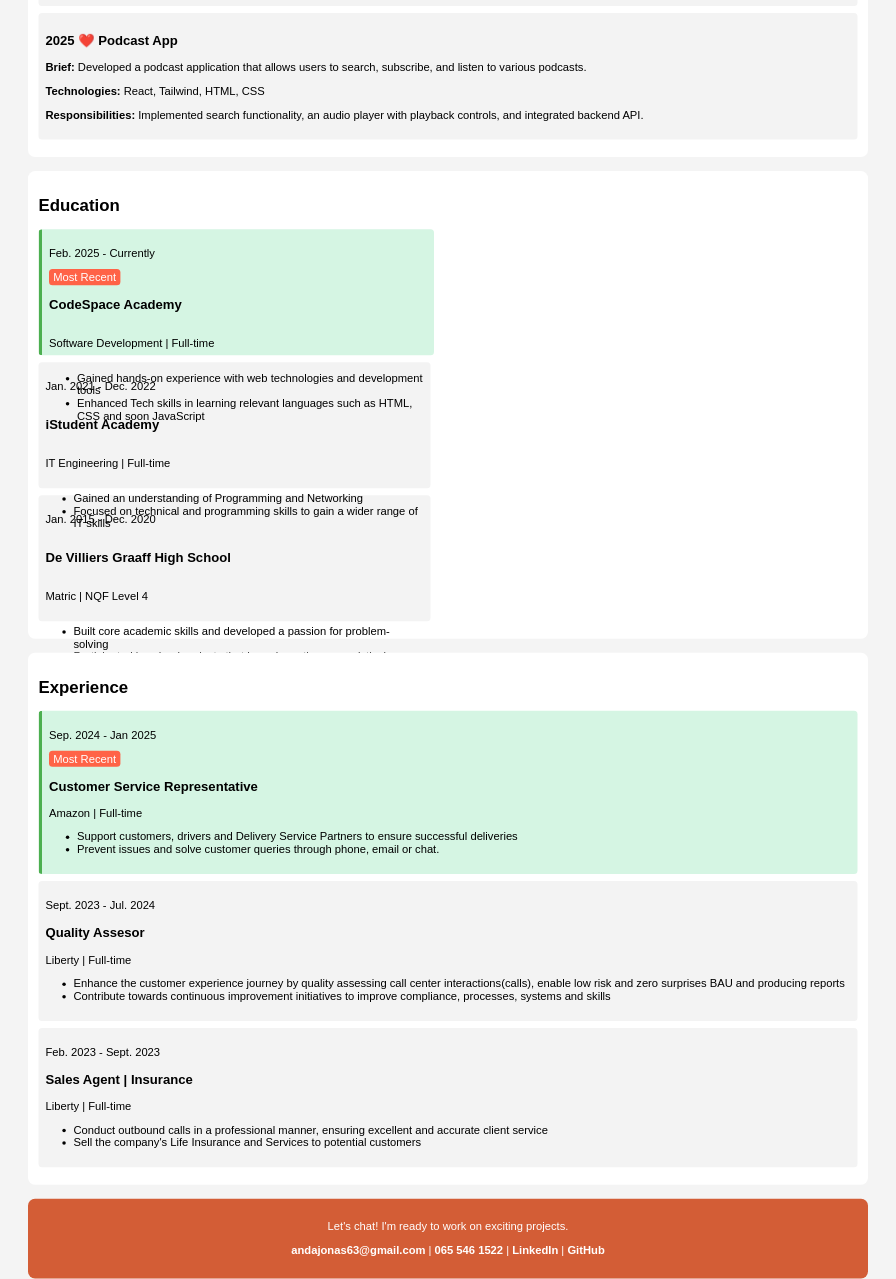
Repository: andajonas/ANDJON25111_fto2502_A2_AndaJonas_SDF_Portfolio_Piece
Page: index.html
The author's editor kept a copy of each file at every save. The page is drawn from the files as they stood at one save, then again after the next save.
The browser window is 1280 px wide. The pictures show the part of the page from y = 1208 to 3128 px (the page is 3035 px tall before and 3128 px after), at 70% of full size.
A picture or video elsewhere on the page could not be fetched, so the positions and the page height are approximate.

Above is the page before, as saved 2025-04-03 18:17:58.

### index.html
<!DOCTYPE html>
<html lang="en">
<head>
    <meta charset="UTF-8">
    <meta name="viewport" content="width=device-width, initial-scale=1.0">
    <title>Developer Resume</title>
    <link rel="stylesheet" href="styles.css">
</head>
<body>

<div class="container">
    <!-- Profile Section -->
    <section class="profile">
        <img src="profile.jpg" alt="Profile Picture" class="profile-pic">
        <div class="profile-info">
            <h1>Anda Jonas</h1>
            <p>I am a beginner Software Developer passionate about building clean and responsive websites that are aesthetically pleasing as well as functional. I am always seeking to refine my skills and stay up to date with the latest trends.</p>
        </div>
    </section>

    <!-- Proficiency and Skills Section -->
    <section class="skills-container">
        <div class="proficiency">
            <h2>Proficiency</h2>
            <p><strong>Beginner Intermediate Advanced</strong></p>
            <p>JavaScript</p><div class="bar"><div class="progress" style="width: 10%;"></div></div>
            <p>React</p><div class="bar"><div class="progress" style="width: 10%;"></div></div>
            <p>Node.js</p><div class="bar"><div class="progress" style="width: 10%;"></div></div>
            <p>HTML + CSS</p><div class="bar"><div class="progress" style="width: 30%;"></div></div>
        </div>

        <div class="skills">
            <h2>Skills</h2>
            <div class="skill-tags">
                <span class="skill-item">Software Development</span>
                <span class="skill-item">Agile</span>
                <span class="skill-item">UI Design</span>
                <span class="skill-item">Problem Solving</span>
                <span class="skill-item">Git And Version Control</span>
                <span class="skill-item">Web Development</span>
                <span class="skill-item">Team Collaboration</span>
                <span class="skill-item">Functional Programming</span>
                <span class="skill-item">RESTful APIs</span>
            </div>
        </div>
    </section>

    <!-- Projects Section -->
    <section class="projects">
        <h2>Projects</h2>
        <div class="project-card">
            <h3>2025 ❤️ Portfolio Website</h3>
            <p><strong>Brief:</strong> Developed a personal portfolio website to showcase projects and skills.</p>
            <p><strong>Technologies:</strong> React, JavaScript, HTML, CSS</p>
            <p><strong>Responsibilities:</strong> Designed and implemented the website, ensured responsiveness and accessibility.</p>
        </div>

        <div class="project-card">
            <h3>2025 ❤️ Podcast App</h3>
            <p><strong>Brief:</strong> Developed a podcast application that allows users to search, subscribe, and listen to various podcasts.</p>
            <p><strong>Technologies:</strong> React, Tailwind, HTML, CSS</p>
            <p><strong>Responsibilities:</strong> Implemented search functionality, an audio player with playback controls, and integrated backend API.</p>
        </div>

        <div class="project-card">
            <h3>2025 ❤️ Podcast App</h3>
            <p><strong>Brief:</strong> Developed a podcast application that allows users to search, subscribe, and listen to various podcasts.</p>
            <p><strong>Technologies:</strong> React, Tailwind, HTML, CSS</p>
            <p><strong>Responsibilities:</strong> Implemented search functionality, an audio player with playback controls, and integrated backend API.</p>
        </div>

        <div class="project-card">
            <h3>2025 ❤️ Podcast App</h3>
            <p><strong>Brief:</strong> Developed a podcast application that allows users to search, subscribe, and listen to various podcasts.</p>
            <p><strong>Technologies:</strong> React, Tailwind, HTML, CSS</p>
            <p><strong>Responsibilities:</strong> Implemented search functionality, an audio player with playback controls, and integrated backend API.</p>
        </div>
    </section>

    <!-- Education Section -->
    <section class="education">
        <h2>Education</h2>
        <div class="education-card green">
            <div class="exp-header">
                <p class="date">Feb. 2025 - Currently</p>
                <span class="tag">Most Recent</span>
            </div>
            <h3>CodeSpace Academy</h3>
            <p class="company">Software Development | Full-time</p>
            <ul>
                <li>Gained hands-on experience with web technologies and development tools</li>
                 <li>Enhanced Tech skills in learning relevant languages such as HTML, CSS and soon JavaScript</li>
        </div>

        <div class="education-card">
            <p class="date">Jan. 2021 - Dec. 2022</p>
            <h3>iStudent Academy</h3>
            <p class="company">IT Engineering | Full-time</p>
            <ul>
                <li>Gained an understanding of Programming and Networking</li>
                <li>Focused on technical and programming skills to gain a wider range of IT skills</li>
            </ul>
        </div>
        <div class="education-card">
            <p class="date">Jan. 2015 - Dec. 2020</p>
            <h3>De Villiers Graaff High School</h3>
            <p class="company">Matric | NQF Level 4</p>
            <ul>
                <li>Built core academic skills and developed a passion for problem-solving</li>
                <li>Participated in school projects that honed creative an analytical thinking</li>
            </ul>
        </div>
    </section>

    <!-- Experience Section -->
    <section class="experience">
        <h2>Experience</h2>
        <div class="experience-card green">
            <div class="exp-header">
                <p class="date">Sep. 2024 - Jan 2025</p>
                <span class="tag">Most Recent</span>
            </div>
            <h3>Customer Service Representative</h3>
            <p class="company">Amazon | Full-time</p>
            <ul>
                <li>Support customers, drivers and Delivery Service Partners to ensure successful deliveries</li>
                <li>Prevent issues and solve customer queries through phone, email or chat.</li>
        </div>

        <div class="experience-card">
            <p class="date">Sept. 2023 - Jul. 2024</p>
            <h3>Quality Assesor</h3>
            <p class="company">Liberty | Full-time</p>
            <ul>
                <li>Enhance the customer experience journey by quality assessing call center interactions(calls), enable low risk and zero surprises BAU and producing reports</li>
                <li>Contribute towards continuous improvement initiatives to improve compliance, processes, systems and skills</li>
            </ul>
        </div>
        <div class="experience-card">
            <p class="date">Feb. 2023 - Sept. 2023</p>
            <h3>Sales Agent | Insurance</h3>
            <p class="company">Liberty | Full-time</p>
            <ul>
                <li>Conduct outbound calls in a professional manner, ensuring excellent and accurate client service</li>
                <li>Sell the company's Life Insurance and Services to potential customers</li>
            </ul>
        </div>
    </section>

    <!-- Contact Section -->
    <section class="contact">
        <p class="contact-text">Let's chat! I'm ready to work on exciting projects.</p>
        <p class="contact-links">
            <a href="mailto:andajonas63@gmail.com">andajonas63@gmail.com</a> |
            <a href="tel:+27655461522"> 065 546 1522</a> |
            <a href="https://www.linkedin.com/in/anda-jonas/" target="_blank" rel="noopener noreferrer">LinkedIn</a> |
            <a href="https://github.com/andajonas" target="_blank" rel="noopener noreferrer"> GitHub</a>
        </p>
    </section>
</div>

</body>
</html>

### styles.css
/* General Layout */
body {
    font-family: Arial, sans-serif;
    margin: 0;
    padding: 0;
    background: #f4f4f4;
}

.container {
    max-width: 1200px;
    margin: auto;
    display: flex;
    flex-direction: column;
    gap: 20px;
}

/* Profile Section */
.profile {
    display: flex;
    align-items: center;
    padding: 20px;
    background: white;
    border-radius: 10px;
}

.profile-pic {
    width: 144px;
    height: 144px;
    border-radius: 24px;
    object-fit: cover;
    margin-right: 20px;
}

/* Skills Section */
.skills-container {
    display: flex;
    gap: 20px;
}

.proficiency, .skills {
    background: white;
    padding: 15px;
    border-radius: 10px;
    width: 50%;
}

.bar {
    width: 100%;
    height: 5px;
    background: #ddd;
    margin-bottom: 10px;
}

.progress {
    height: 5px;
    background: green;
}

.skill-tags {
    display: flex;
    flex-wrap: wrap;
    gap: 10px;
}

.skill-item {
    background: #ecf4f1;
    padding: 8px 14px;
    border-radius: 6px;
    font-size: 14px;
    display: inline-block;
}

/* Projects Section */
.projects {
    background: white;
    padding: 15px;
    border-radius: 10px;
    display: grid;
}

.project-card {
    background: #f3f3f3;
    padding: 10px;
    border-radius: 5px;
    margin-bottom: 10px;
}

/* Education Section */
.education {
    background: white;
    padding: 15px;
    border-radius: 10px;
}

.education-card {
    background: #f3f3f3;
    padding: 10px;
    border-radius: 5px;
    margin-bottom: 10px;
    width: 540px;
    height: 160px;
    display: grid;
}

/* Experience Section */
.experience {
    background: white;
    padding: 15px;
    border-radius: 10px;
}

.experience-card {
    background: #f3f3f3;
    padding: 10px;
    border-radius: 5px;
    margin-bottom: 10px;
}

.green {
    background: #d5f5e3;
    border-left: 5px solid #4caf50;
}

.tag {
    background: #ff6347;
    color: white;
    padding: 3px 6px;
    border-radius: 5px;
}

/* Contact Section */
.contact {
    background: #d35d36;
    color: white;
    text-align: center;
    padding: 15px;
    border-radius: 10px;
}

.contact-links a {
    color: white;
    font-weight: bold;
    text-decoration: none;
}

After the next save:
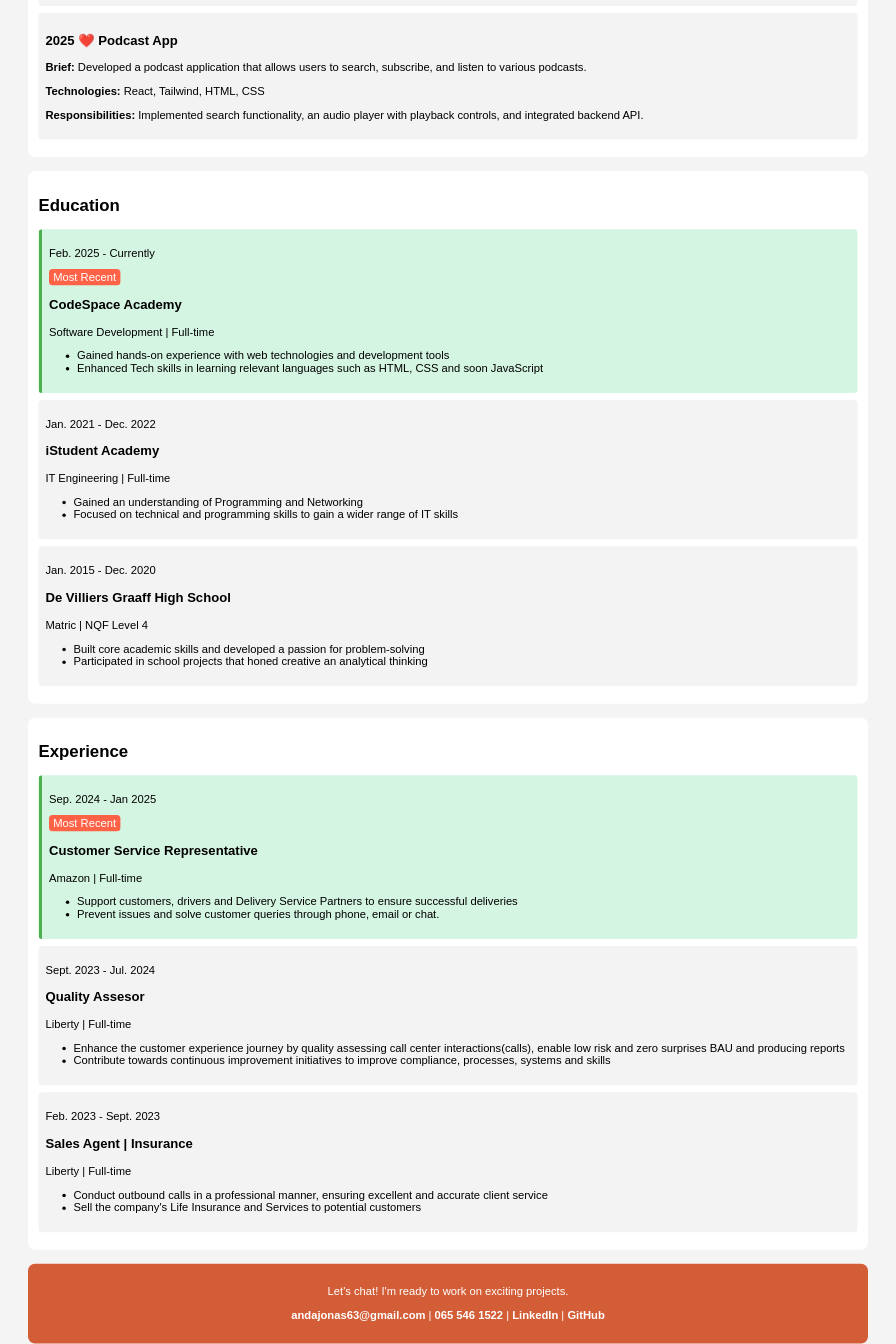
Saved 15 s later.
--- a/styles.css
+++ b/styles.css
@@ -97,9 +97,7 @@ body {
     padding: 10px;
     border-radius: 5px;
     margin-bottom: 10px;
-    width: 540px;
-    height: 160px;
-    display: grid;
+
 }
 
 /* Experience Section */
